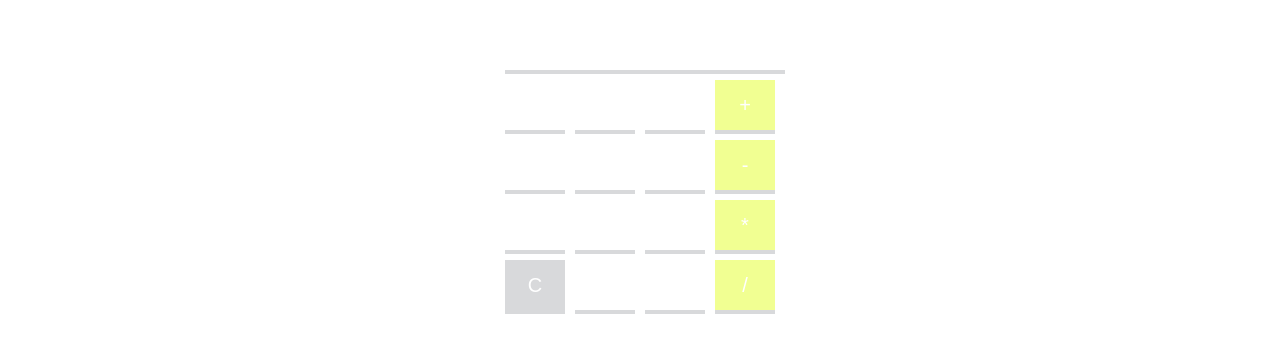
Repository: Drumstrum88/LAB-calculator
Page: index.html
The author's editor kept a copy of each file at every save. The page is drawn from the files as they stood at one save, then again after the next save.
The browser window is 1280 px wide. The pictures show the whole page.

Above is the page before, as saved 2023-04-15 20:48:36.

After the next save:
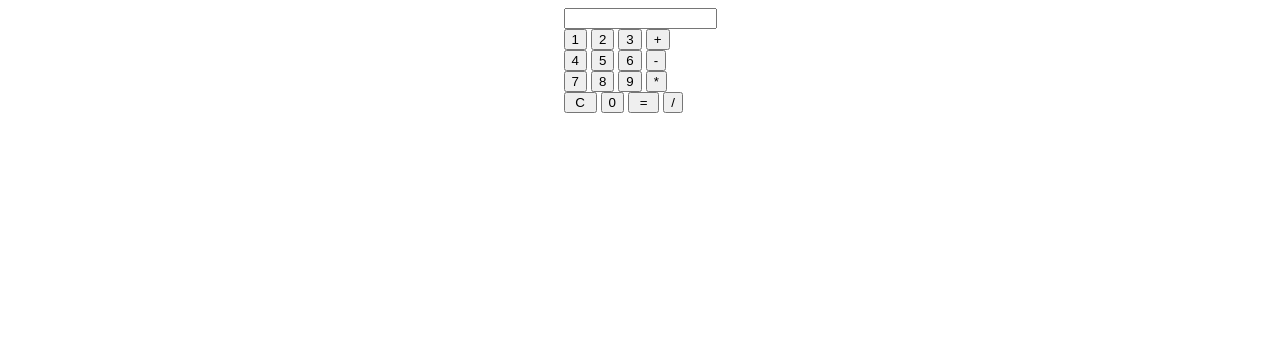
Saved 4 s later.
--- a/main.css
+++ b/main.css
@@ -3,7 +3,7 @@ body {
   justify-content: center;
   align-items: center;
 }
-/.center-div {
+/*.center-div {
   width: 400px;
   background-color: black;
 

After the 4 saves that followed:
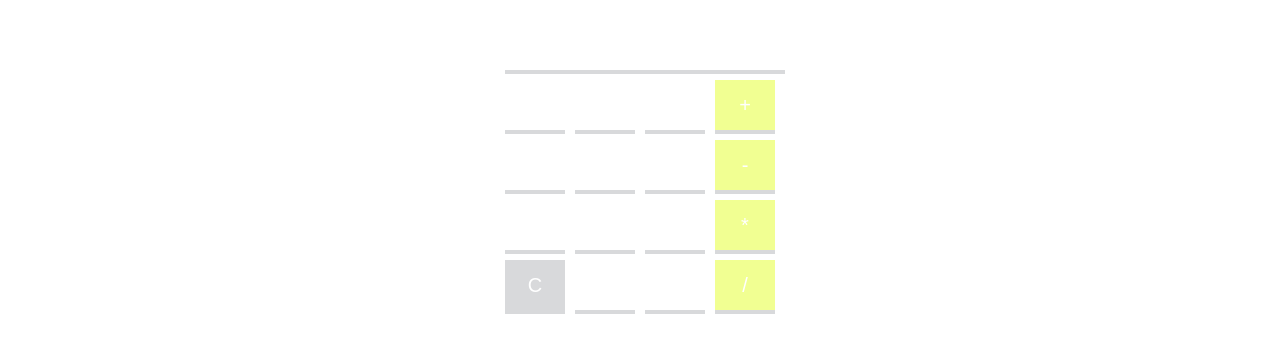
The 4 saves are shown as one change because they came seconds apart.
The last was saved 8 s later.
--- a/main.css
+++ b/main.css
@@ -7,7 +7,7 @@ body {
   width: 400px;
   background-color: black;
 
-}
+}*/
 
 input {
   outline: 0;
